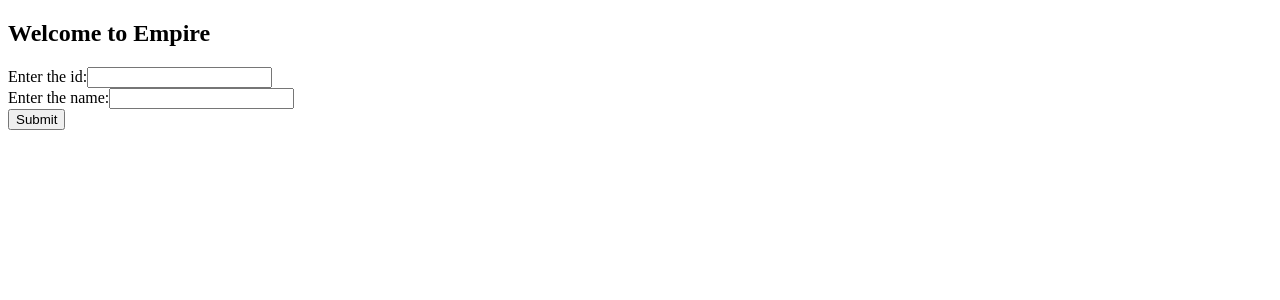
Repository: Charitra-2001/Java-Hibernate-SpringBoot
Page: http://localhost/springmvc/views/index.jsp
The author's editor kept a copy of each file at every save. The page is drawn from the files as they stood at one save, then again after the next save.
The browser window is 1280 px wide. The pictures show the whole page.
The page is served by Tomcat 9. Other server files are loaded and not shown.

Above is the page before, as saved 2024-02-09 15:48:55.

### springmvc/src/main/webapp/views/index.jsp
<%@ page language="java" contentType="text/html; charset=UTF-8"
    pageEncoding="UTF-8"%>
<!DOCTYPE html>
<html>
<head>
<meta charset="UTF-8">
<title>Insert title here</title>
</head>
<body>
	<h2>Welcome to Empire</h2>
	<form action="addAlien">
		Enter the id:<input type="text" name="aid"><br>
		Enter the name:<input type="text" name="aname"><br>
		<input type="submit">
	</form>

	<form action="getAlien"
</body>
</html>

After the next save:
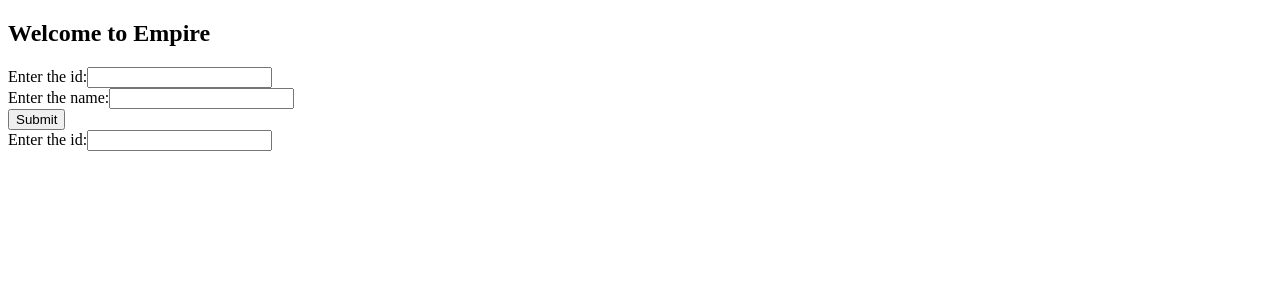
Saved 25 s later.
--- a/springmvc/src/main/webapp/views/index.jsp
+++ b/springmvc/src/main/webapp/views/index.jsp
@@ -14,6 +14,8 @@
 		<input type="submit">
 	</form>
 
-	<form action="getAlien"
+	<form action="getAlien">
+		Enter the id:<input type="text" name="aid">
+	</form>
 </body>
 </html>
